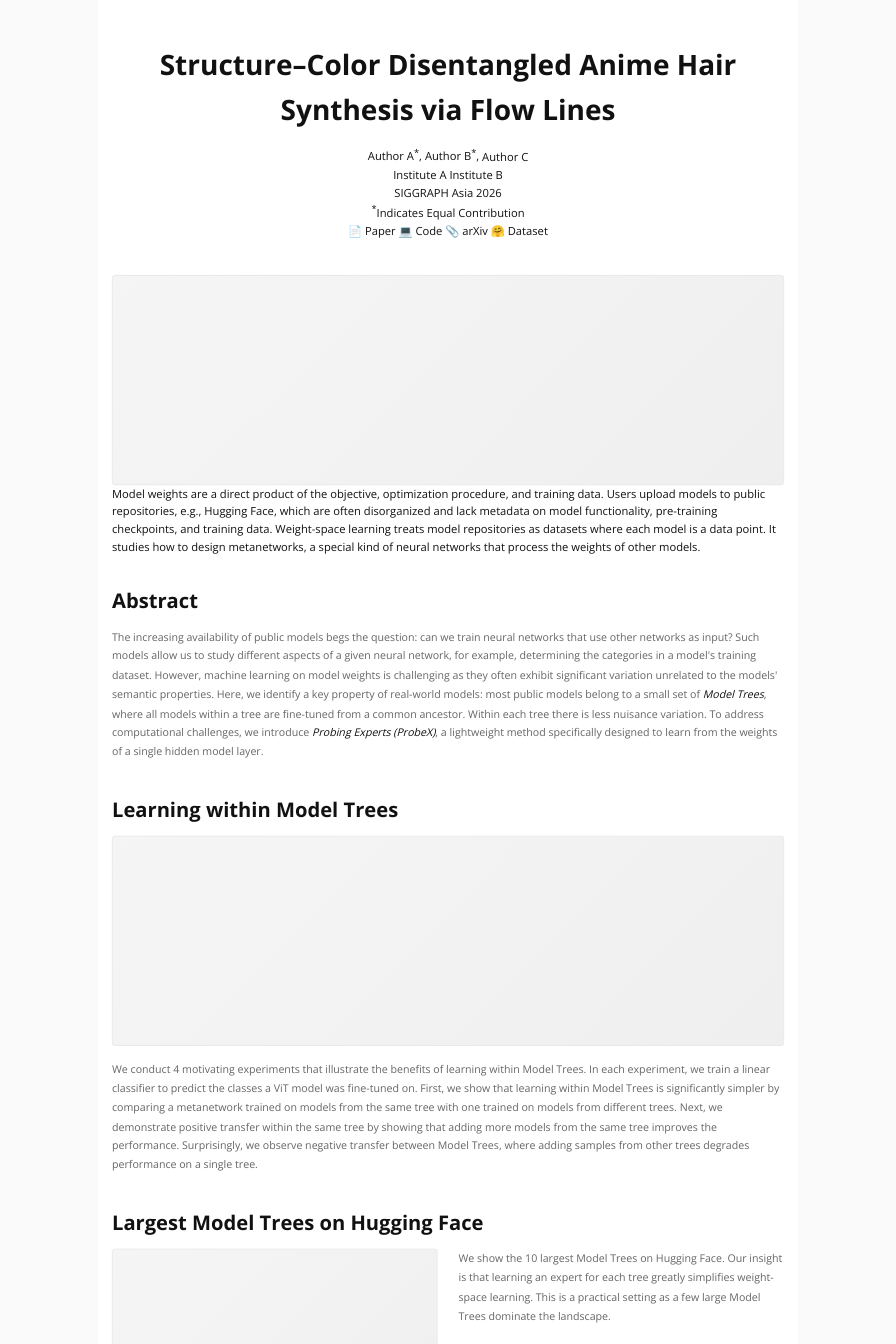
Repository: zty0304/FlowLines-web
Page: index.html
These files come from the project's save history. The page is drawn as it stood at one moment and after the next save; the edit follows.
The browser window is 1280 px wide. The pictures show the part of the page from y = 0 to 1920 px (the page is 3680 px tall before and 3730 px after), at 70% of full size.

Above is the page before, as saved 2026-08-31 15:23:45.

### index.html
<!DOCTYPE html>
<html lang="en">
  <head>
    <meta charset="UTF-8" />
    <meta name="viewport" content="width=device-width, initial-scale=1.0" />
    <meta name="description" content="Academic Research Paper Project Page" />
    <title>Your Paper Title</title>
    <link
      href="https://fonts.googleapis.com/css2?family=Noto+Serif:wght@400;700&family=Open+Sans:wght@400;600;700&display=swap"
      rel="stylesheet"
    />
    <link rel="stylesheet" href="styles.css" />
  </head>
  <body>
    <main class="content">
      <div class="header-section">
        <h1>Structure–Color Disentangled Anime Hair Synthesis via Flow Lines</h1>

        <div class="authors-line">
          <span><a href="#">Author A</a><sup>*</sup>, </span>
          <span><a href="#">Author B</a><sup>*</sup>, </span>
          <span><a href="#">Author C</a></span>
        </div>

        <div class="affiliation-line">
          <span>Institute A</span>
          <span>Institute B</span>
        </div>

        <div class="conference-line">
          <span>SIGGRAPH Asia 2026</span>
        </div>

        <div class="equal-contribution">
          <sup>*</sup>Indicates Equal Contribution
        </div>

        <div class="buttons-group">
          <a href="#" class="btn btn-paper">
            <span>📄</span>
            <span>Paper</span>
          </a>
          <a href="#" class="btn btn-code">
            <span>💻</span>
            <span>Code</span>
          </a>
          <a href="#" class="btn btn-arxiv">
            <span>📎</span>
            <span>arXiv</span>
          </a>
          <a href="#" class="btn btn-dataset">
            <span>🤗</span>
            <span>Dataset</span>
          </a>
        </div>
      </div>

      <article class="paper">
        <figure class="teaser-figure">
          <div class="placeholder-img large"></div>
        </figure>

        <div class="intro-text">
          <p>
            Model weights are a direct product of the objective, optimization procedure, and training
            data. Users upload models to public repositories, e.g., Hugging Face, which are often
            disorganized and lack metadata on model functionality, pre-training checkpoints, and
            training data. Weight-space learning treats model repositories as datasets where each
            model is a data point. It studies how to design metanetworks, a special kind of neural
            networks that process the weights of other models.
          </p>
        </div>

        <section class="paper-section">
          <h2>Abstract</h2>
          <p>
            The increasing availability of public models begs the question: can we train neural networks
            that use other networks as input? Such models allow us to study different aspects of a given
            neural network, for example, determining the categories in a model's training dataset. However,
            machine learning on model weights is challenging as they often exhibit significant variation
            unrelated to the models' semantic properties. Here, we identify a key property of real-world
            models: most public models belong to a small set of <em>Model Trees</em>, where all models within
            a tree are fine-tuned from a common ancestor. Within each tree there is less nuisance variation.
            To address computational challenges, we introduce <em>Probing Experts (ProbeX)</em>, a lightweight
            method specifically designed to learn from the weights of a single hidden model layer.
          </p>
        </section>

        <section class="paper-section">
          <h2>Learning within Model Trees</h2>
          <figure class="section-figure">
            <div class="placeholder-img"></div>
          </figure>
          <p>
            We conduct 4 motivating experiments that illustrate the benefits of learning within Model
            Trees. In each experiment, we train a linear classifier to predict the classes a ViT model
            was fine-tuned on. First, we show that learning within Model Trees is significantly simpler
            by comparing a metanetwork trained on models from the same tree with one trained on models
            from different trees. Next, we demonstrate positive transfer within the same tree by showing
            that adding more models from the same tree improves the performance. Surprisingly, we observe
            negative transfer between Model Trees, where adding samples from other trees degrades
            performance on a single tree.
          </p>
        </section>

        <section class="paper-section">
          <h2>Largest Model Trees on Hugging Face</h2>
          <div class="section-content">
            <figure class="section-figure">
              <div class="placeholder-img"></div>
            </figure>
            <p>
              We show the 10 largest Model Trees on Hugging Face. Our insight is that learning an expert
              for each tree greatly simplifies weight-space learning. This is a practical setting as a few
              large Model Trees dominate the landscape.
            </p>
          </div>
        </section>

        <section class="paper-section">
          <h2>Probing Experts (ProbeX)</h2>
          <figure class="section-figure">
            <div class="placeholder-img"></div>
          </figure>
          <p>
            Unlike conventional probing methods that operate only on inputs and outputs, our lightweight
            architecture scales weight-space learning to large models by probing hidden model layers.
            ProbeX begins by passing a set of learned probes through the input weight matrix. A projection
            matrix, shared between all probes, reduces the dimensionality of the probe responses, followed
            by a non-linear activation. Each probe response is then mapped to a probe encoding via a
            per-probe encoder matrix. We sum the probe encodings to obtain the final model encoding, which
            the predictor head maps to the task output.
          </p>
        </section>

        <section class="paper-section">
          <h2>Results</h2>
          <p>
            ProbeX achieves state-of-the-art results on the task of training category prediction, accurately
            identifying the specific classes within a model's training dataset. Excitingly, ProbeX can also
            align fine-tuned Stable Diffusion weights with language representations. This capability enables
            a new task: zero-shot model classification, where models are classified via a text prompt describing
            their training data.
          </p>
          <figure class="section-figure">
            <div class="placeholder-img"></div>
          </figure>
        </section>

        <section class="paper-section bibtex-section">
          <div class="bibtex-header">
            <h2>BibTeX</h2>
            <button class="copy-btn" onclick="copyToClipboard()">Copy</button>
          </div>
          <pre id="bibtex"><code>@inproceedings{yourpaper2026,
  title = {Structure--Color Disentangled Anime Hair Synthesis via Flow Lines},
  author = {Author A and Author B and Author C},
  booktitle = {SIGGRAPH Asia 2026 Conference Proceedings},
  year = {2026}
}</code></pre>
        </section>

        <div class="footer-note">
          <p>
            This page was built using the <a href="https://github.com/eliahuhorwitz/Academic-project-page-template">Academic Project Page Template</a> which was adopted from the <a href="https://nerfies.github.io/">Nerfies</a> project page.
          </p>
        </div>
      </article>
    </main>

    <script src="script.js"></script>
  </body>
</html>

### styles.css
:root {
  --text-color: #111;
  --muted-color: #666;
  --bg-color: #fff;
  --border-color: #e0e0e0;
}

* {
  margin: 0;
  padding: 0;
  box-sizing: border-box;
}

html {
  scroll-behavior: smooth;
}

body {
  font-family: 'Open Sans', 'Helvetica Neue', Helvetica, Arial, sans-serif;
  background-color: #fafafa;
  color: var(--text-color);
  line-height: 1.6;
}

main.content {
  max-width: 1000px;
  margin: 0 auto;
  padding: 40px 20px;
  background-color: var(--bg-color);
}

.header-section {
  text-align: center;
  margin-bottom: 50px;
}

h1 {
  font-size: 2.5rem;
  margin: 20px 0;
  color: var(--text-color);
}

h2 {
  font-size: 1.8rem;
  margin-bottom: 15px;
  margin-top: 40px;
  color: var(--text-color);
}

h3 {
  font-size: 1.1rem;
}

a {
  color: var(--text-color);
  text-decoration: none;
}

a:hover {
  text-decoration: underline;
}

.title-block {
  margin-bottom: 50px;
}

.authors-block {
  margin-top: 20px;
}

.authors {
  font-size: 0.95rem;
  margin-bottom: 8px;
}

.authors span {
  display: inline;
  margin-right: 12px;
}

.authors a {
  color: var(--text-color);
}

.affiliations {
  font-size: 0.9rem;
  color: var(--muted-color);
  margin-bottom: 8px;
}

.affiliations span {
  margin-right: 20px;
}

.notes {
  font-size: 0.85rem;
  color: var(--muted-color);
  margin-bottom: 15px;
}

.links-row {
  display: flex;
  gap: 20px;
  flex-wrap: wrap;
  margin-top: 15px;
}

.links-row a {
  display: inline-flex;
  align-items: center;
  gap: 6px;
  font-size: 0.95rem;
  font-weight: 500;
  color: var(--text-color);
  padding: 4px 0;
}

.links-row a:hover {
  text-decoration: underline;
}

.links-row svg {
  opacity: 0.7;
}

.intro-section {
  margin-bottom: 50px;
  display: grid;
  grid-template-columns: 1fr 1fr;
  gap: 30px;
  align-items: center;
}

.intro-figure {
  margin: 0;
}

.intro-section p {
  font-size: 0.95rem;
  line-height: 1.8;
  color: var(--muted-color);
}

.paper-section {
  margin-bottom: 45px;
}

.paper-section p {
  font-size: 0.95rem;
  line-height: 1.8;
  color: var(--muted-color);
  margin-bottom: 15px;
}

.paper-section em {
  font-style: italic;
  color: var(--text-color);
}

.section-content {
  display: grid;
  grid-template-columns: 1fr 1fr;
  gap: 30px;
  align-items: start;
}

.section-figure {
  margin: 0 0 20px 0;
  width: 100%;
}

.placeholder-img {
  width: 100%;
  height: 300px;
  background: linear-gradient(135deg, #f5f5f5 0%, #efefef 100%);
  border: 1px solid var(--border-color);
  border-radius: 4px;
}

.bibtex-section {
  margin-top: 50px;
}

.bibtex-header {
  display: flex;
  justify-content: space-between;
  align-items: center;
  margin-bottom: 15px;
}

.copy-btn {
  background: none;
  border: 1px solid var(--border-color);
  padding: 6px 12px;
  cursor: pointer;
  font-size: 0.9rem;
  font-weight: 500;
  border-radius: 4px;
  display: flex;
  align-items: center;
  gap: 6px;
  color: var(--text-color);
}

.copy-btn:hover {
  background: #f5f5f5;
}

pre {
  background: #1a1a1a;
  color: #f1f1f1;
  padding: 15px 15px;
  border-radius: 4px;
  overflow-x: auto;
  font-size: 0.85rem;
  line-height: 1.5;
}

pre code {
  font-family: 'Courier New', monospace;
}

.footer-note {
  margin-top: 60px;
  padding-top: 30px;
  border-top: 1px solid var(--border-color);
  font-size: 0.85rem;
  color: var(--muted-color);
}

.footer-note a {
  color: var(--text-color);
  text-decoration: underline;
}

@media (max-width: 768px) {
  h1 {
    font-size: 2rem;
  }

  h2 {
    font-size: 1.4rem;
  }

  main.content {
    padding: 40px 15px;
  }

  .intro-section,
  .section-content {
    grid-template-columns: 1fr;
    gap: 20px;
  }

  .links-row {
    flex-direction: column;
    gap: 10px;
  }

  .placeholder-img {
    height: 250px;
  }
}

### script.js
function copyToClipboard() {
  const bibtex = document.getElementById('bibtex');
  const text = bibtex.textContent;
  navigator.clipboard.writeText(text).then(() => {
    const btn = document.querySelector('.copy-btn');
    const originalText = btn.innerHTML;
    btn.innerHTML = '<span>Copied!</span>';
    setTimeout(() => {
      btn.innerHTML = originalText;
    }, 2000);
  }).catch(err => {
    console.error('Failed to copy:', err);
  });
}

After the next save:
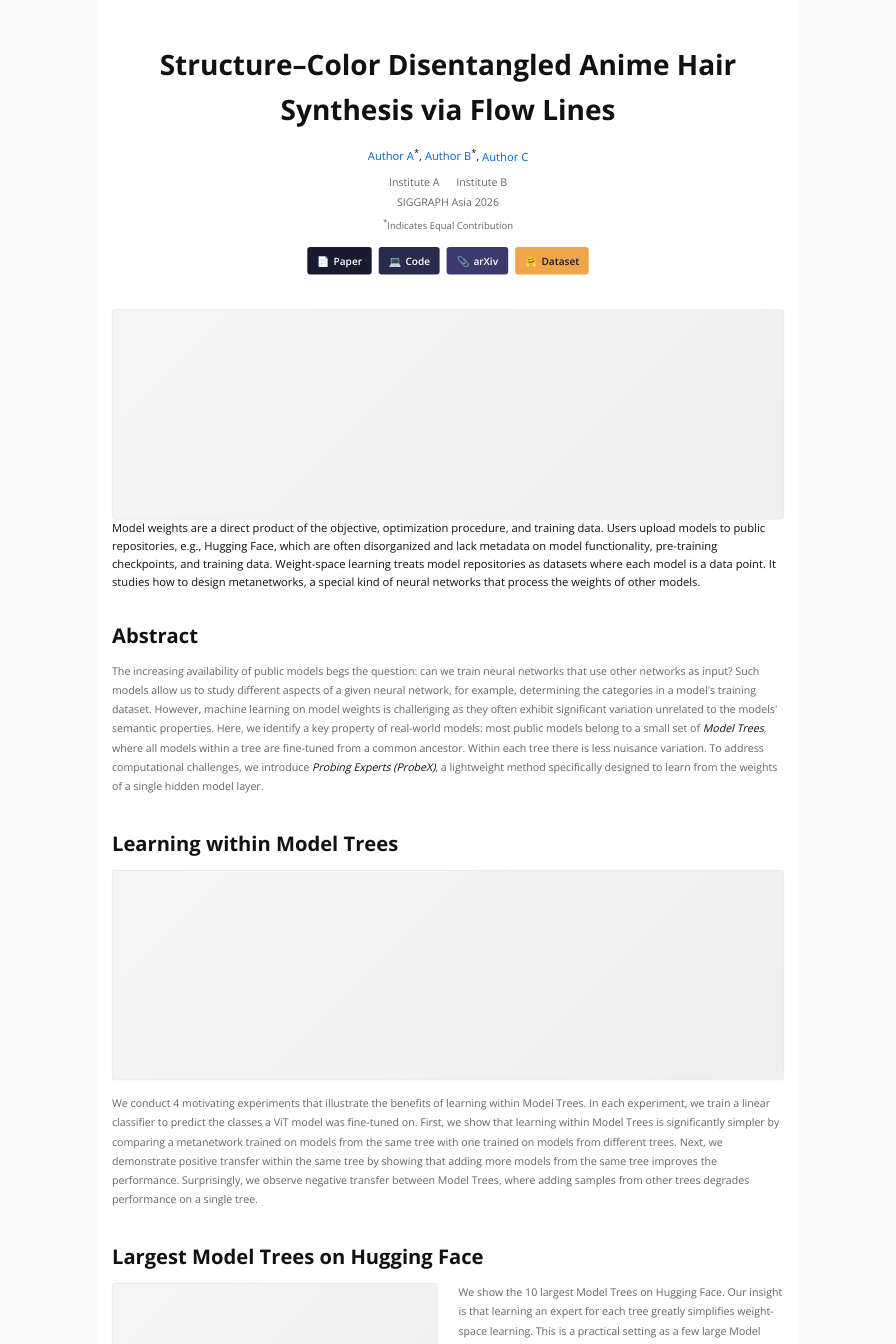
Saved 11 s later.
--- a/styles.css
+++ b/styles.css
@@ -60,67 +60,98 @@ a:hover {
   text-decoration: underline;
 }
 
-.title-block {
-  margin-bottom: 50px;
-}
-
-.authors-block {
+.authors-line {
+  font-size: 1rem;
+  margin: 10px 0;
+  color: var(--text-color);
+}
+
+.authors-line a {
+  color: #0066cc;
+  text-decoration: none;
+  font-weight: 500;
+}
+
+.authors-line a:hover {
+  text-decoration: underline;
+}
+
+.affiliation-line {
+  font-size: 0.95rem;
+  color: var(--muted-color);
+  margin: 5px 0;
+}
+
+.affiliation-line span {
+  margin: 0 10px;
+}
+
+.conference-line {
+  font-size: 0.95rem;
+  color: var(--muted-color);
+  margin: 5px 0;
+}
+
+.equal-contribution {
+  font-size: 0.85rem;
+  color: var(--muted-color);
+  margin: 8px 0;
+}
+
+.buttons-group {
+  display: flex;
+  justify-content: center;
+  gap: 10px;
   margin-top: 20px;
-}
-
-.authors {
-  font-size: 0.95rem;
-  margin-bottom: 8px;
-}
-
-.authors span {
-  display: inline;
-  margin-right: 12px;
-}
-
-.authors a {
-  color: var(--text-color);
-}
-
-.affiliations {
+  flex-wrap: wrap;
+}
+
+.btn {
+  display: inline-flex;
+  align-items: center;
+  gap: 6px;
+  padding: 8px 14px;
+  border-radius: 4px;
   font-size: 0.9rem;
-  color: var(--muted-color);
-  margin-bottom: 8px;
-}
-
-.affiliations span {
-  margin-right: 20px;
-}
-
-.notes {
-  font-size: 0.85rem;
-  color: var(--muted-color);
-  margin-bottom: 15px;
-}
-
-.links-row {
-  display: flex;
-  gap: 20px;
-  flex-wrap: wrap;
-  margin-top: 15px;
-}
-
-.links-row a {
-  display: inline-flex;
-  align-items: center;
-  gap: 6px;
-  font-size: 0.95rem;
-  font-weight: 500;
-  color: var(--text-color);
-  padding: 4px 0;
-}
-
-.links-row a:hover {
-  text-decoration: underline;
-}
-
-.links-row svg {
-  opacity: 0.7;
+  font-weight: 600;
+  text-decoration: none;
+  transition: all 0.2s;
+}
+
+.btn-paper {
+  background: #1a1a2e;
+  color: #fff;
+}
+
+.btn-paper:hover {
+  background: #0a0a1e;
+}
+
+.btn-code {
+  background: #2a2a4e;
+  color: #fff;
+}
+
+.btn-code:hover {
+  background: #1a1a3e;
+}
+
+.btn-arxiv {
+  background: #3a3a6e;
+  color: #fff;
+}
+
+.btn-arxiv:hover {
+  background: #2a2a5e;
+}
+
+.btn-dataset {
+  background: #f0a54d;
+  color: #1a1a2e;
+}
+
+.btn-dataset:hover {
+  background: #e69a38;
 }
 
 .intro-section {
